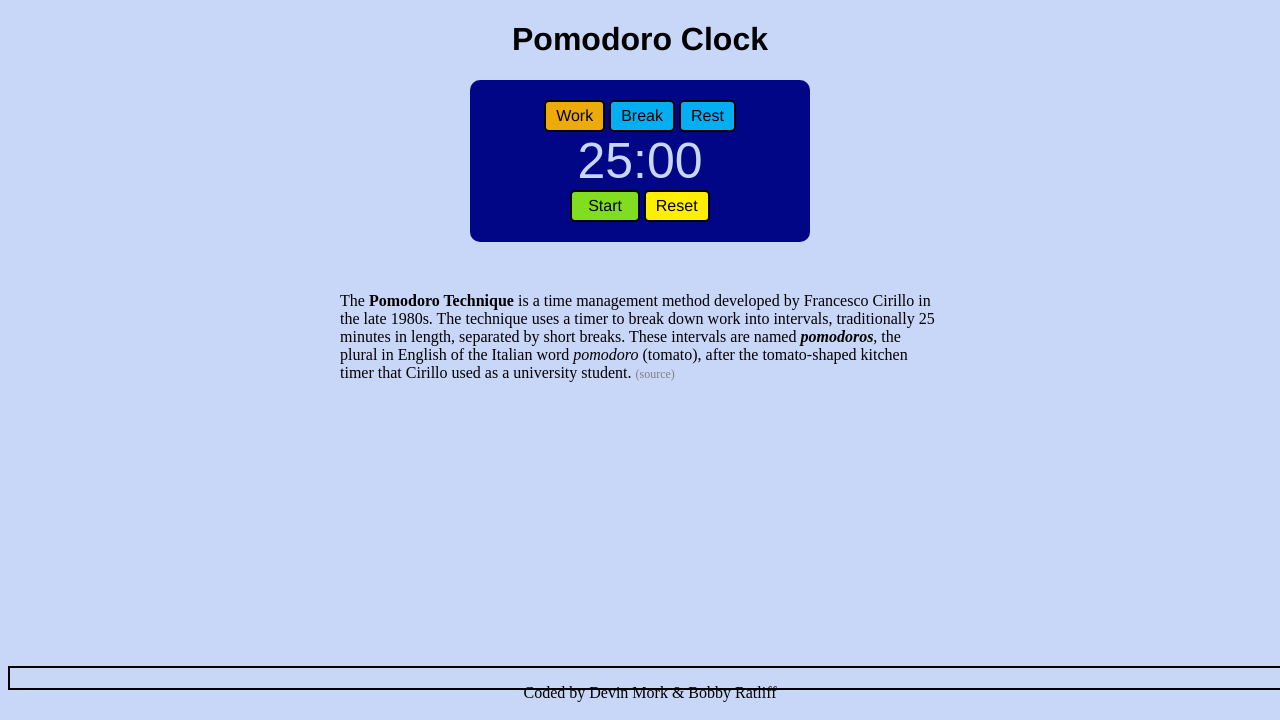
Repository: Demo318/pomodoro-clock
Page: index.html
The author's editor kept a record of every edit. The page is drawn from the files as they stood at one moment, then again after the next edit.
The browser window is 1280 px wide. The pictures show the whole page.

Above is the page before.

### index.html
<!Doctype HTML>
<html>
<head>
    <link rel="stylesheet" href="style.css" />
    <title>Best Clock Evar!</title>
</head>
<body>
    <div class="container"></div>
<h1>Pomodoro Clock</h1>
<div class="clock-app">
    <div class="workflow-commands">
        <div class="work button">Work</div>
        <div class="break button">Break</div>
        <div class="rest button">Rest</div>
    </div>
    <div class="timer">00:00</div>
    <div class="timer-control">
        <div class="start-timer button start">Start</div>
        <div class="reset-timer button">Reset</div>
    </div>
</div>
    <div class="description">
        <p>The <b>Pomodoro Technique</b> is a time management method developed by Francesco Cirillo in the late 1980s. The technique uses a timer to break down work into intervals, traditionally 25 minutes in length, separated by short breaks. These intervals are named <b><i>pomodoros</i></b>, the plural in English of the Italian word <i>pomodoro</i> (tomato), after the tomato-shaped kitchen timer that Cirillo used as a university student. <a href="https://en.wikipedia.org/wiki/Pomodoro_Technique"><span class="citation">(source)</span></a></p>
    </div>
    <div class="credit">
        <p>Coded by <a href="https://github.com/Demo318">Devin Mork</a> &amp; <a href="https://github.com/rratliff">Bobby Ratliff</a></p>
    </div>
</div>
<script src="jquery-3.2.1.js"></script>
<script src="app.js"></script>
</body>
</html>

### style.css
body {
    background-color: #C8D6F7;

}

h1 {
    font-family: Helvetica, Arial, sans-serif;
    text-align: center;
}

.clock-app {
    width: 300px;
    margin: auto;
    text-align: center;
    border: 0px solid black;
    border-radius: 10px;
    padding: 20px;
    background-color: #000685;

}


.button {
    display: inline-block;
    border: 2px solid black;
    border-radius: 5px;
    font-family: Helvetica, Arial, sans-serif;
    padding: 5px 10px;
    background-color: #03AEF3;

}

.button:hover {
    cursor: pointer;
}

.start-timer {
    width: 45.375px;
}

.reset-timer {
    background-color: #ffee00;
}

.start {
        background-color: #81DD1F;
}

.pause {
    background-color: #ED6C28;
}

.workflow-commands {
    display: block;
    margin:auto;
}

.timer {
   display: block;
   font-size: 50px;
   font-family: Arial, sans-serif;
   color: #C8D6F7;
}

.timer-control {
    display: block;
}

.highlight {
    background-color: #EDAB09;
}

.description {
    width: 600px;
    margin: 50px auto;
}

a {
    text-decoration: none;
    color:black;
}

.citation {
    color: gray;
    font-size: 12px;
}

.credit {
    position: fixed;
    bottom: 10px;
    text-align: center;
    border: 2px solid black;
    width: 100%;
    height: 20px;
    margin-bottom: 20px;
}

### app.js
var clockStates = {"work":25*60,"break": 5*60,"rest":15*60};
var time = 0
var intervalID = undefined
var isRunning = false
var workflow = []
var currentWorkflow = "work"
var audio = new Audio('timer-with-ding.wav');

var convertTime = function (seconds) {
    var minutes = Math.floor(seconds/60);
    seconds = (seconds - (minutes*60)).toString();
    if (seconds.length < 2) {
        seconds = "0" + seconds
    }
    minutes = minutes.toString()
    if (minutes.length < 2) {
        minutes = "0" + minutes
    }
    return minutes + ":" + seconds;
};

var renderTimer = function () {
    $(".timer").html(convertTime(time));
    var currentClass = "." + currentWorkflow
    if ($(currentClass).hasClass("highlight")){} else {
        $(".workflow-commands .button").removeClass("highlight");
        $(currentClass).addClass("highlight");
    }
    if (isRunning && $(".start-timer").hasClass("start")) {
            $(".start-timer").html("Pause").removeClass("start").addClass("pause")
        }
};

var timerEnded = function() {
    audio.play(); //play sound
    if (workflow.length == 6) {
        workflow = []
    }
    var next
    workflow.push(currentWorkflow);
    if (currentWorkflow == "work") {
        switch (workflow.filter(function(el) { return el == "work"}).length) {
            case 1:
                next = "break";
                break;
            case 2:
                next = "break";
                break;
            case 3:
                next = "rest";
                break;
        }
    } else if (currentWorkflow == "break" || currentWorkflow == "rest") {
        next = "work"
    }
    time = clockStates[next]
    currentWorkflow = next
    startTimer();
}

var startTimer = function () {
       intervalID = setInterval(function (){
                if (time === 0) {
                    stopTimer()
                    timerEnded()
                }
                else {
                    time = time-1
                }
                renderTimer()
            }, 1000)
            isRunning = true;
};

var stopTimer = function() {
    clearInterval(intervalID)
    isRunning = false;
}

var setStartButton = function () {
    $(".start-timer").html("Start").removeClass("pause").addClass("start");
}

$(document).ready(function () {



    // initial value
    time = clockStates["work"]
    renderTimer()


    //click listeners to reset timer
    $(".workflow-commands .work").on("click", function (){
        currentWorkflow = "work"
        time = clockStates[currentWorkflow]
        renderTimer()
        stopTimer()
        setStartButton()
    })

    $(".workflow-commands .break").on("click", function (){
        currentWorkflow = "break"
        time = clockStates[currentWorkflow]
        renderTimer()
        stopTimer()
        setStartButton()
    })

    $(".workflow-commands .rest").on("click", function (){
        currentWorkflow = "rest"
        time = clockStates[currentWorkflow]
        renderTimer()
        stopTimer()
        setStartButton()
    })

    $(".timer-control .start-timer").on("click", function () {
        if (isRunning) {
            stopTimer()
        } else {
            startTimer()
        }
        if ($(".start-timer").hasClass("pause")) {
            setStartButton()
        }
    })

    $(".timer-control .reset-timer").on("click", function() {
        stopTimer()
        currentWorkflow = "work"
        workflow = []
        time = clockStates[currentWorkflow]
        renderTimer()
        setStartButton()
    })

});

Loaded but not shown: jquery-3.2.1.js (library)

After the next edit:
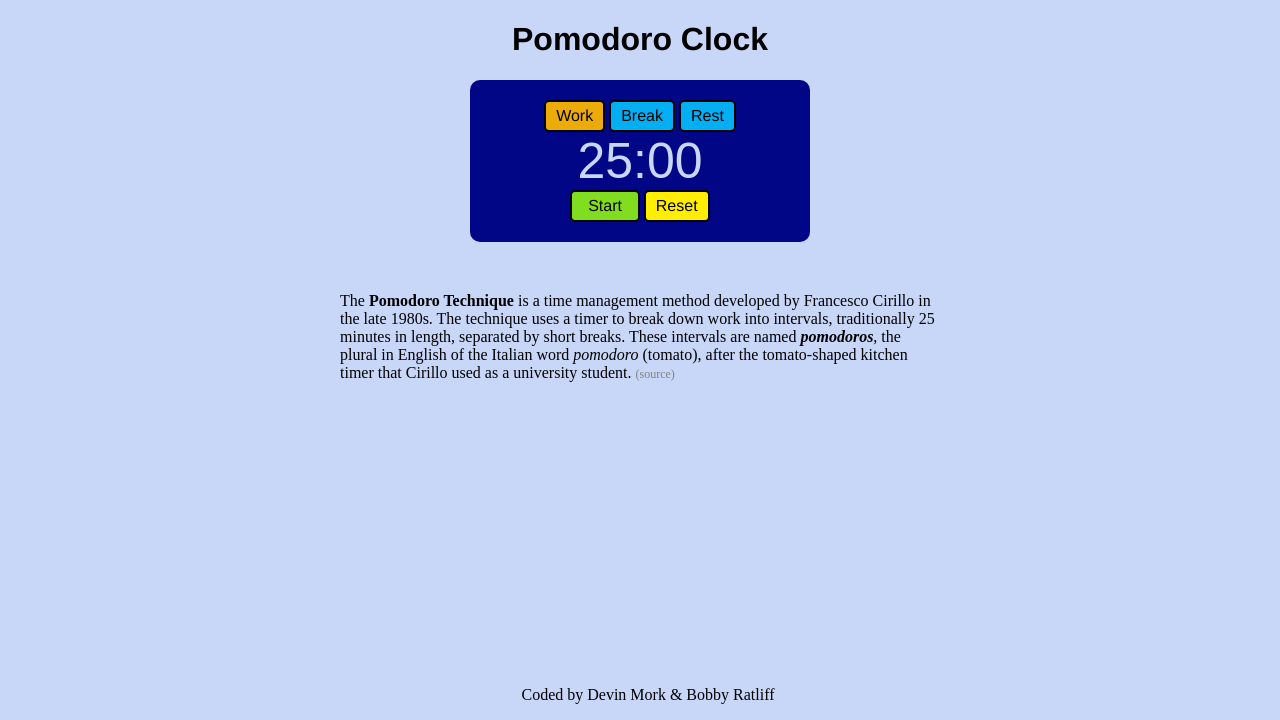
The edit:
--- a/style.css
+++ b/style.css
@@ -89,7 +89,6 @@
     position: fixed;
     bottom: 10px;
     text-align: center;
-    border: 2px solid black;
     width: 100%;
     height: 20px;
     margin-bottom: 20px;
